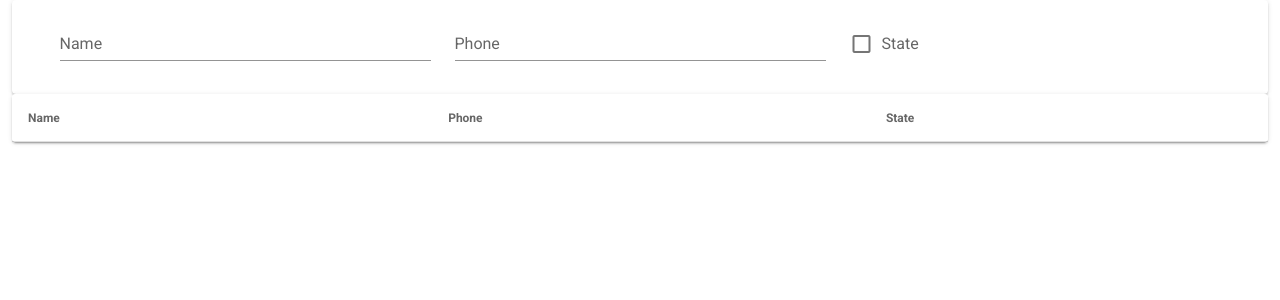
Repository: luchoCap/ContactVue-CRUD-StoryBook
Page: /
An editor plug-in stored every save of this project. The page is shown before and after the next save, followed by the edit.
The browser window is 1280 px wide. The pictures show the whole page.
The page's requests for data from a server got no answer. The project was rebuilt for these pictures with package versions that can differ from the ones it lists, and the page was loaded fresh each time. No one was signed in, and anything a server would have sent is missing. Also part of the build but not shown: vue.config.js.

Above is the page before, as saved 2020-11-23 21:57:20.

After the next save:
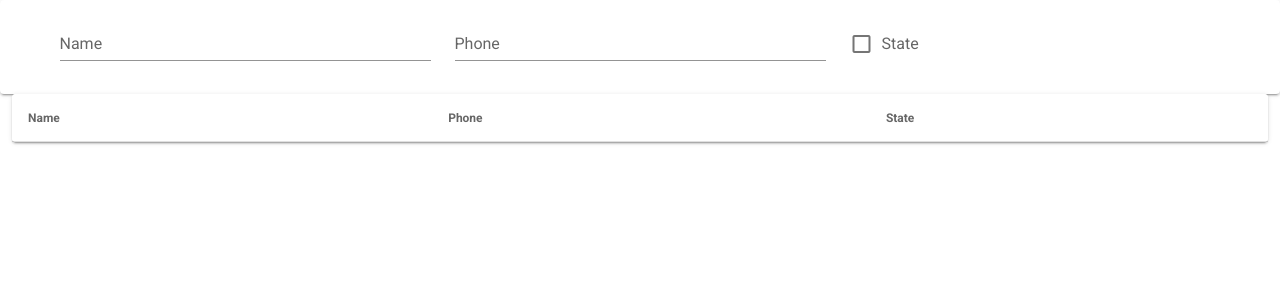
Saved 17 s later.
--- a/src/App.vue
+++ b/src/App.vue
@@ -1,7 +1,7 @@
 <template>
   <v-app>
     <v-main>
-      <v-card class="mx-3">
+      <v-card class="m-3">
         <ContactForm />
       </v-card>
       <v-card class="mx-3">
